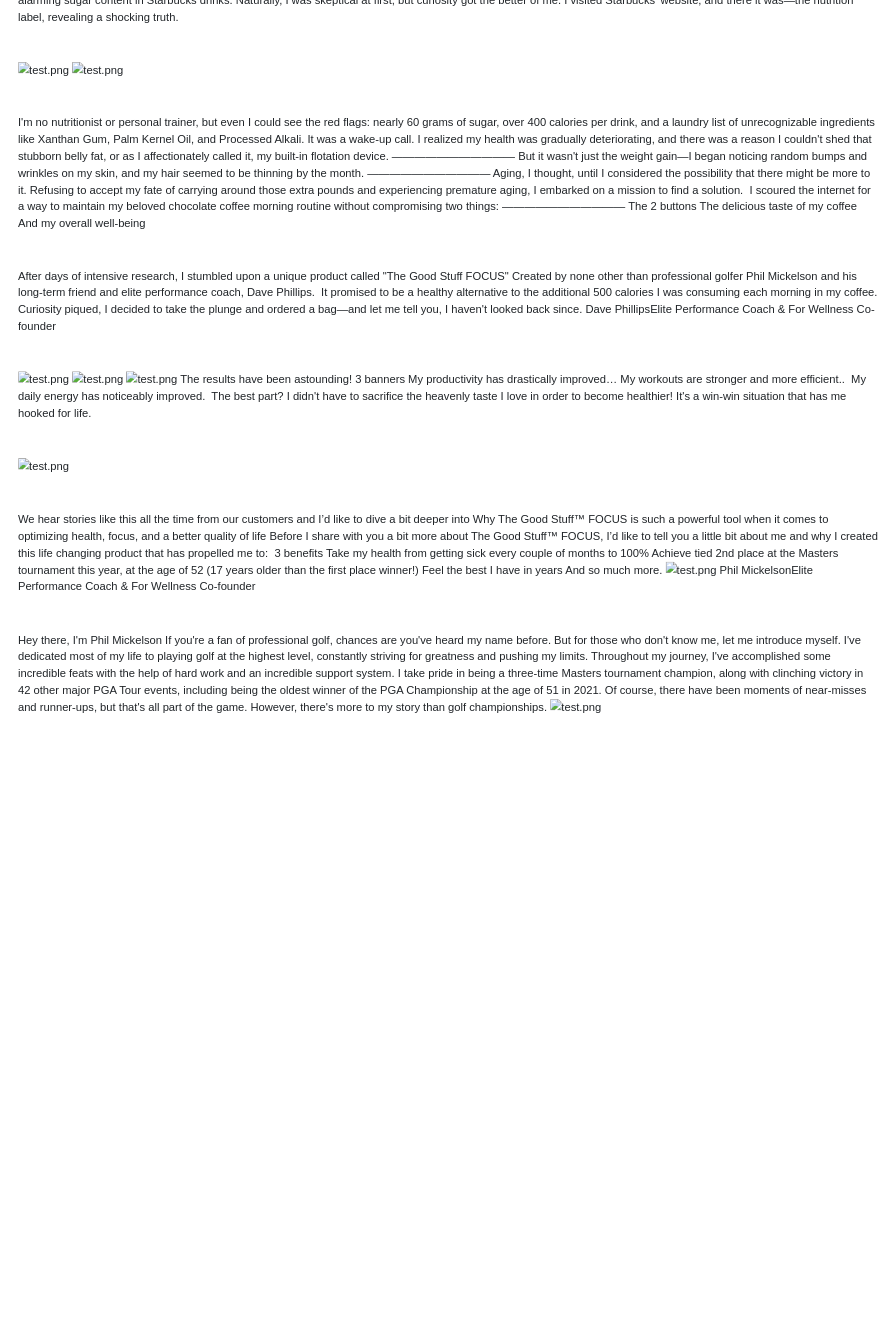
Repository: dariusprince90/wellness-landing
Page: index.html
The author's editor kept a copy of each file at every save. The page is drawn from the files as they stood at one save, then again after the next save.
The browser window is 1280 px wide. The pictures show the part of the page from y = 598 to 2518 px (the page is 2983 px tall), at 70% of full size.

Above is the page before, as saved 2023-07-25 15:52:13.

After the next save:
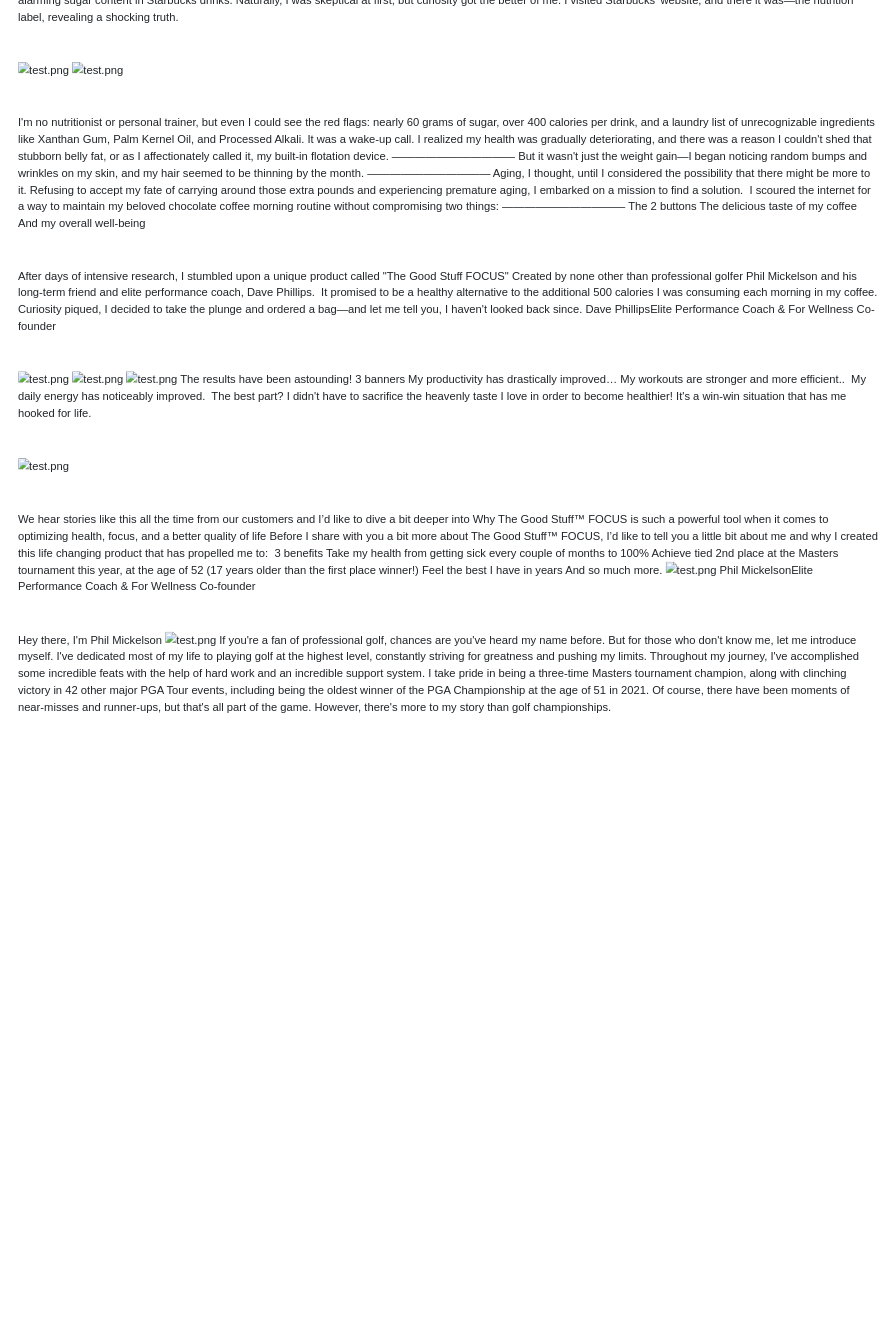
Saved 13 s later.
--- a/index.html
+++ b/index.html
@@ -222,7 +222,7 @@
 
     <section class="s-010-text">
         Hey there, I'm Phil Mickelson
-
+        <img src=""/ alt="test.png">
 
 If you're a fan of professional golf, chances are you've heard my name before.
 
@@ -237,10 +237,10 @@
 Of course, there have been moments of near-misses and runner-ups, but that's all part of the game.
 
 However, there's more to my story than golf championships.
-<img src=""/ alt="test.png">
-    </section>
-
-    <section class="s-00#-text">
+
+    </section>
+
+    <section class="s-011-text">
     </section>
 
     <section class="s-00#-text">
